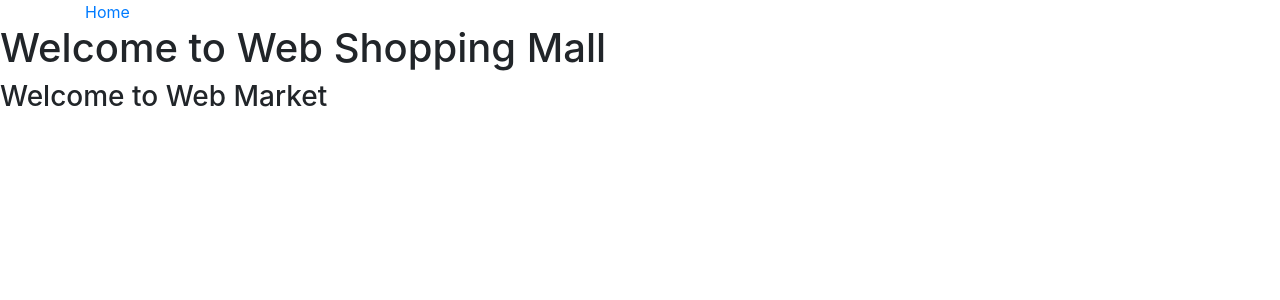
Repository: Jin0207/jsp
Page: http://localhost/day1210/welcome.jsp
These files come from the project's save history. The page is drawn as it stood at one moment and after the next save; the edit follows.
The browser window is 1280 px wide. The pictures show the whole page.
The page is served by Tomcat 9.

Above is the page before, as saved 2021-12-10 07:32:55.

After the next save:
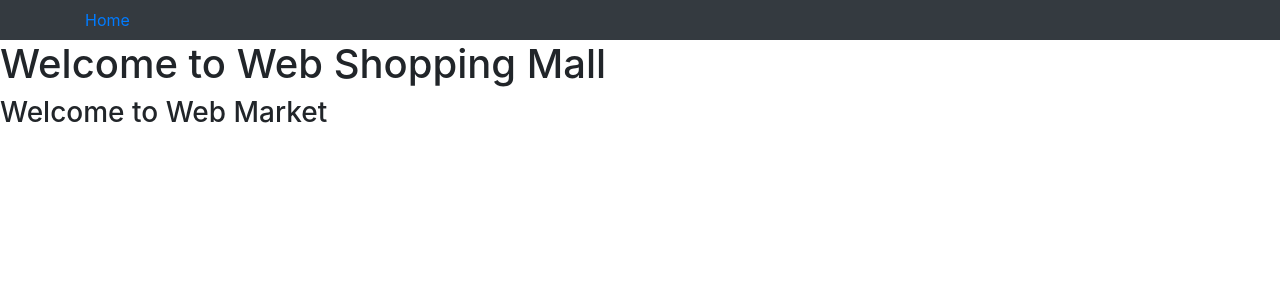
Saved 12 s later.
--- a/day1210/src/main/webapp/welcome.jsp
+++ b/day1210/src/main/webapp/welcome.jsp
@@ -12,7 +12,7 @@
 <script src="https://maxcdn.bootstrapcdn.com/bootstrap/4.5.2/js/bootstrap.min.js"></script>
 </head>
 <body>
-	<nav class="">
+	<nav class="navbar navbar-expand-sm bg-dark navbar-dark">
 		<div class="container">
 			<div>
 				<a href="./welcome.jsp">Home</a>
